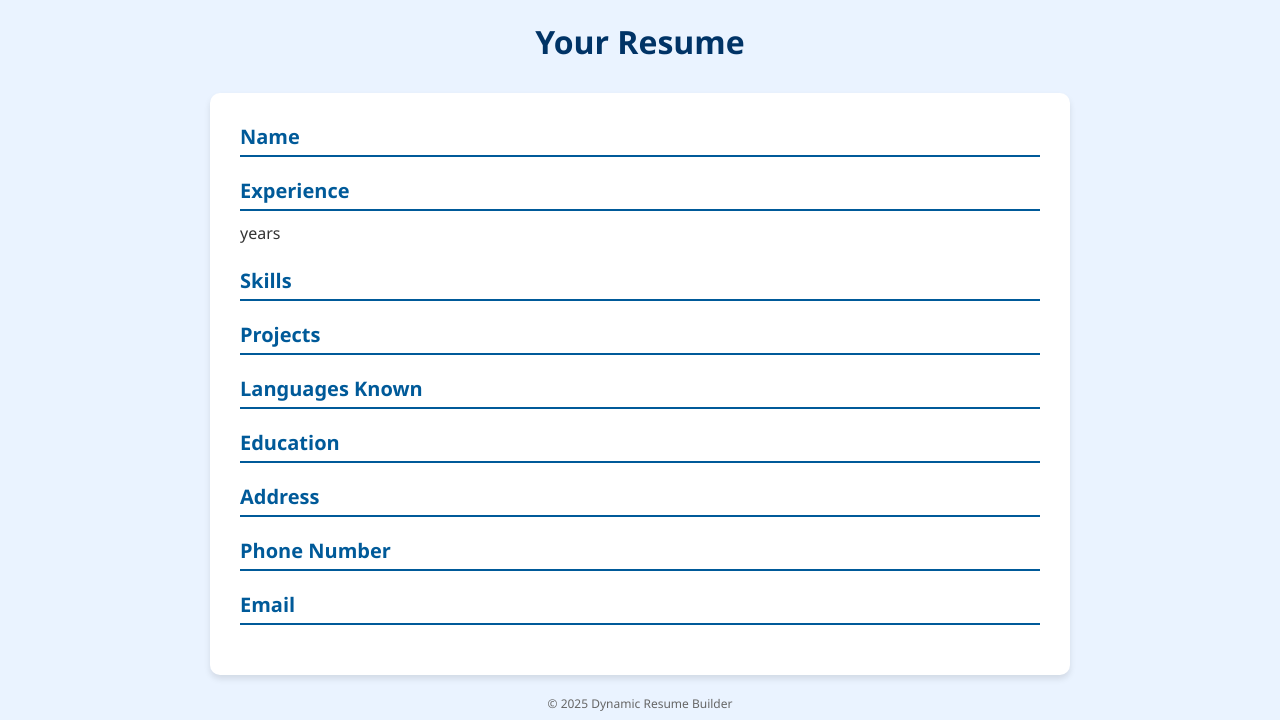
Repository: ashwin2-0/MineEclipseProjects
Page: http://localhost/springMVC/WEB-INF/views/resumeDisplay.jsp
An editor plug-in stored every save of this project. The page is shown before and after the next save, followed by the edit.
The browser window is 1280 px wide. The pictures show the whole page.
The page is served by Tomcat 9. Nobody is signed in. Other server files are loaded and not shown. The template is opened directly, without the code that normally fills it, so the values that code supplies are empty.

Above is the page before, as saved 2025-04-10 20:49:55.

### Spring_Core/SpringMVC/springMVC/src/main/webapp/WEB-INF/views/resumeDisplay.jsp
<%@ page language="java" contentType="text/html; charset=UTF-8"
    pageEncoding="UTF-8"%>
    <%@ page isELIgnored="false" %>
 <%@ taglib uri="http://java.sun.com/jsp/jstl/core" prefix="c" %>
<!DOCTYPE html>
<html>
<head>
    <meta charset="UTF-8">
    <title>Your Resume</title>
    <style>
        body {
            font-family: 'Segoe UI', Tahoma, Geneva, Verdana, sans-serif;
            background-color: #eaf3ff;
            margin: 0;
            padding: 0;
        }

        h1 {
            text-align: center;
            color: #003366;
            margin-top: 20px;
        }

        .container {
            max-width: 800px;
            margin: auto;
            background: #ffffff;
            padding: 30px;
            border-radius: 10px;
            box-shadow: 0px 4px 6px rgba(0, 0, 0, 0.1);
            margin-top: 30px;
        }

        .section {
            margin-bottom: 20px;
        }

        .section-title {
            font-weight: bold;
            color: #005a99;
            border-bottom: 2px solid #005a99;
            margin-bottom: 10px;
            padding-bottom: 5px;
            font-size: 20px;
        }

        .section-content {
            font-size: 16px;
            color: #333333;
            line-height: 1.6;
        }

        ul {
            padding-left: 20px;
        }

        li {
            margin-bottom: 10px;
        }

        footer {
            text-align: center;
            margin-top: 20px;
            font-size: 12px;
            color: #666666;
        }
    </style>
</head>
<body>
    <h1>Your Resume</h1>
    <div class="container">
        <!-- Display Name -->
        <div class="section">
            <div class="section-title">Name</div>
            <div class="section-content">${name}</div>
        </div>

        <!-- Display Experience -->
        <div class="section">
            <div class="section-title">Experience</div>
            <div class="section-content">${experience} years</div>
        </div>

        <!-- Display Skills -->
        <div class="section">
            <div class="section-title">Skills</div>
            <div class="section-content">
                <ul>
                    <c:forEach var="skill" items="${skills}">
                        <li>${skill}</li>
                    </c:forEach>
                </ul>
            </div>
        </div>

        <!-- Display Projects -->
        <div class="section">
            <div class="section-title">Projects</div>
            <div class="section-content">
                <ul>
                    <c:forEach var="entry" items="${projects}">
                        <li>${entry.key} - ${entry.value} months</li>
                    </c:forEach>
                </ul>
            </div>
        </div>

        <!-- Display Languages -->
        <div class="section">
            <div class="section-title">Languages Known</div>
            <div class="section-content">
                <ul>
                    <c:forEach var="language" items="${languages}">
                        <li>${language}</li>
                    </c:forEach>
                </ul>
            </div>
        </div>

        <!-- Display Education -->
        <div class="section">
            <div class="section-title">Education</div>
            <div class="section-content">
                <ul>
                    <c:forEach var="entry" items="${education}">
                        <li>${entry.key}: ${entry.value}</li>
                    </c:forEach>
                </ul>
            </div>
        </div>

        <!-- Display Address -->
        <div class="section">
            <div class="section-title">Address</div>
            <div class="section-content">${address}</div>
        </div>

        <!-- Display Phone Number -->
        <div class="section">
            <div class="section-title">Phone Number</div>
            <div class="section-content">${phone}</div>
        </div>

        <!-- Display Email -->
        <div class="section">
            <div class="section-title">Email</div>
            <div class="section-content">${email}</div>
        </div>
    </div>
    <footer>&copy; 2025 Dynamic Resume Builder</footer>
</body>
</html>

After the next save:
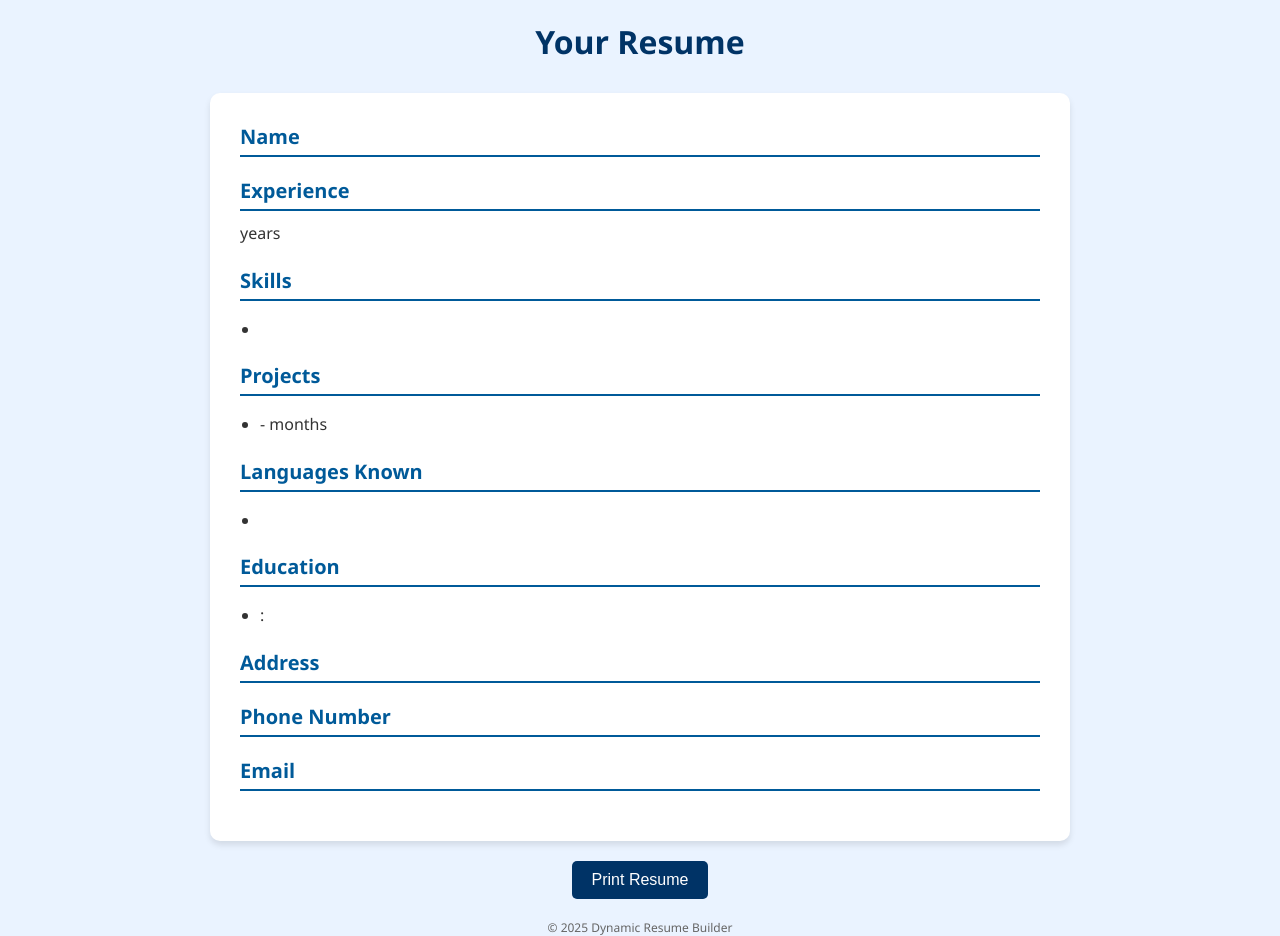
Saved 4 min 43 s later.
--- a/Spring_Core/SpringMVC/springMVC/src/main/webapp/WEB-INF/views/resumeDisplay.jsp
+++ b/Spring_Core/SpringMVC/springMVC/src/main/webapp/WEB-INF/views/resumeDisplay.jsp
@@ -1,7 +1,5 @@
 <%@ page language="java" contentType="text/html; charset=UTF-8"
     pageEncoding="UTF-8"%>
-    <%@ page isELIgnored="false" %>
- <%@ taglib uri="http://java.sun.com/jsp/jstl/core" prefix="c" %>
 <!DOCTYPE html>
 <html>
 <head>
@@ -58,6 +56,24 @@
             margin-bottom: 10px;
         }
 
+        .print-button {
+            display: block;
+            margin: 20px auto;
+            padding: 10px 20px;
+            background-color: #003366;
+            color: #ffffff;
+            font-size: 16px;
+            border: none;
+            border-radius: 5px;
+            cursor: pointer;
+            text-align: center;
+            max-width: 200px;
+        }
+
+        .print-button:hover {
+            background-color: #005a99;
+        }
+
         footer {
             text-align: center;
             margin-top: 20px;
@@ -65,6 +81,12 @@
             color: #666666;
         }
     </style>
+    <script>
+        // JavaScript function to trigger print dialog
+        function printResume() {
+            window.print();
+        }
+    </script>
 </head>
 <body>
     <h1>Your Resume</h1>
@@ -147,6 +169,10 @@
             <div class="section-content">${email}</div>
         </div>
     </div>
+
+    <!-- Print Button -->
+    <button class="print-button" onclick="printResume()">Print Resume</button>
+
     <footer>&copy; 2025 Dynamic Resume Builder</footer>
 </body>
 </html>
